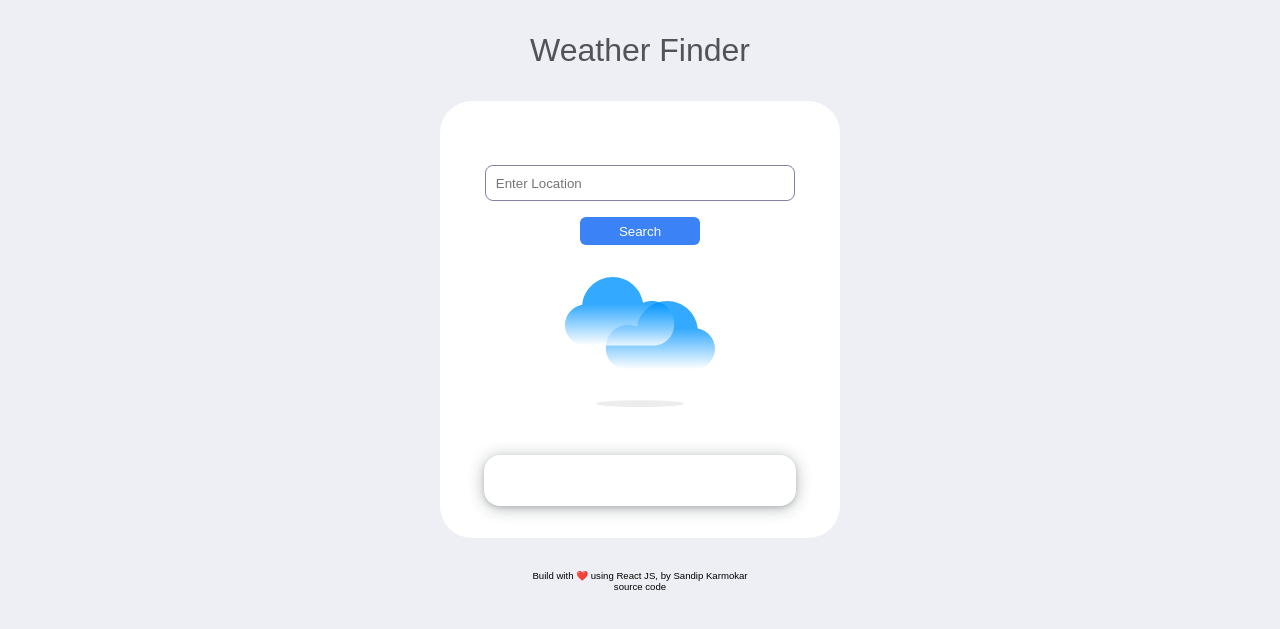
Repository: sandipkarmokar/weather-app
Page: /
An editor plug-in stored every save of this project. The page is shown before and after the next save, followed by the edit.
The browser window is 1280 px wide. The pictures show the whole page.
The project was rebuilt for these pictures with package versions that can differ from the ones it lists, and the page was loaded fresh each time.

Above is the page before, as saved 2022-04-12 18:08:11.

After the next save:
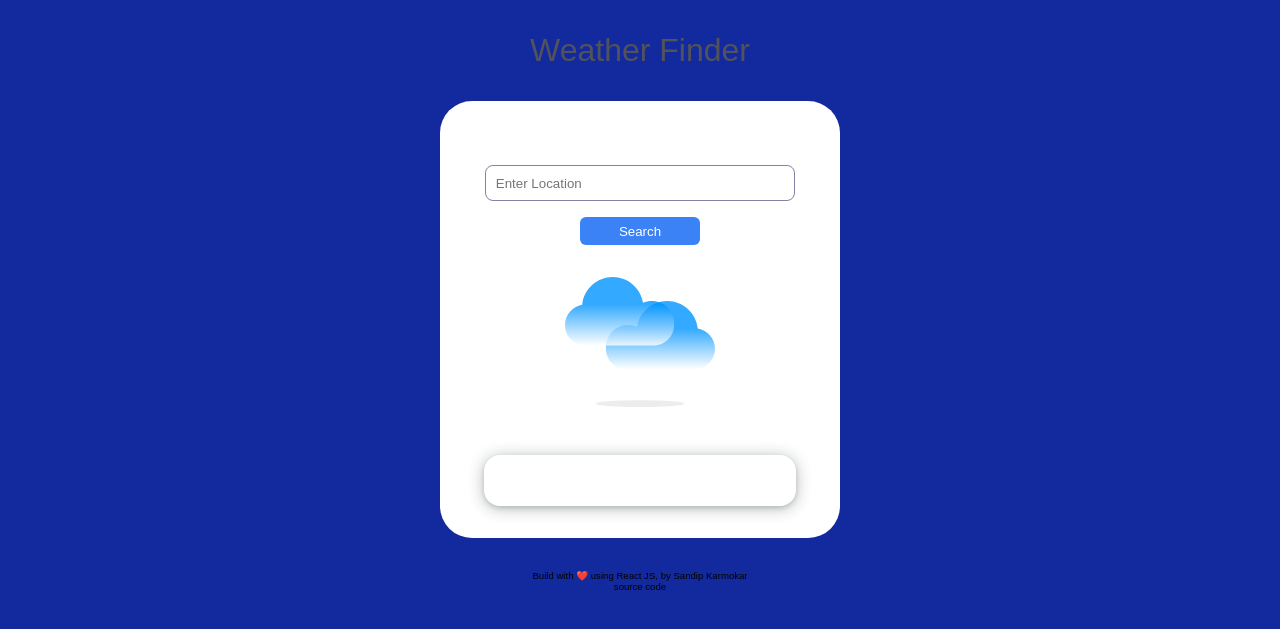
Saved 8 s later.
--- a/src/App.css
+++ b/src/App.css
@@ -159,7 +159,7 @@
 
 @media only screen and (min-width: 500px) {
     .app {
-        background-color: #eeeff4;
+        background-color: #132a9e;
     }
 
     .app .app-container {
